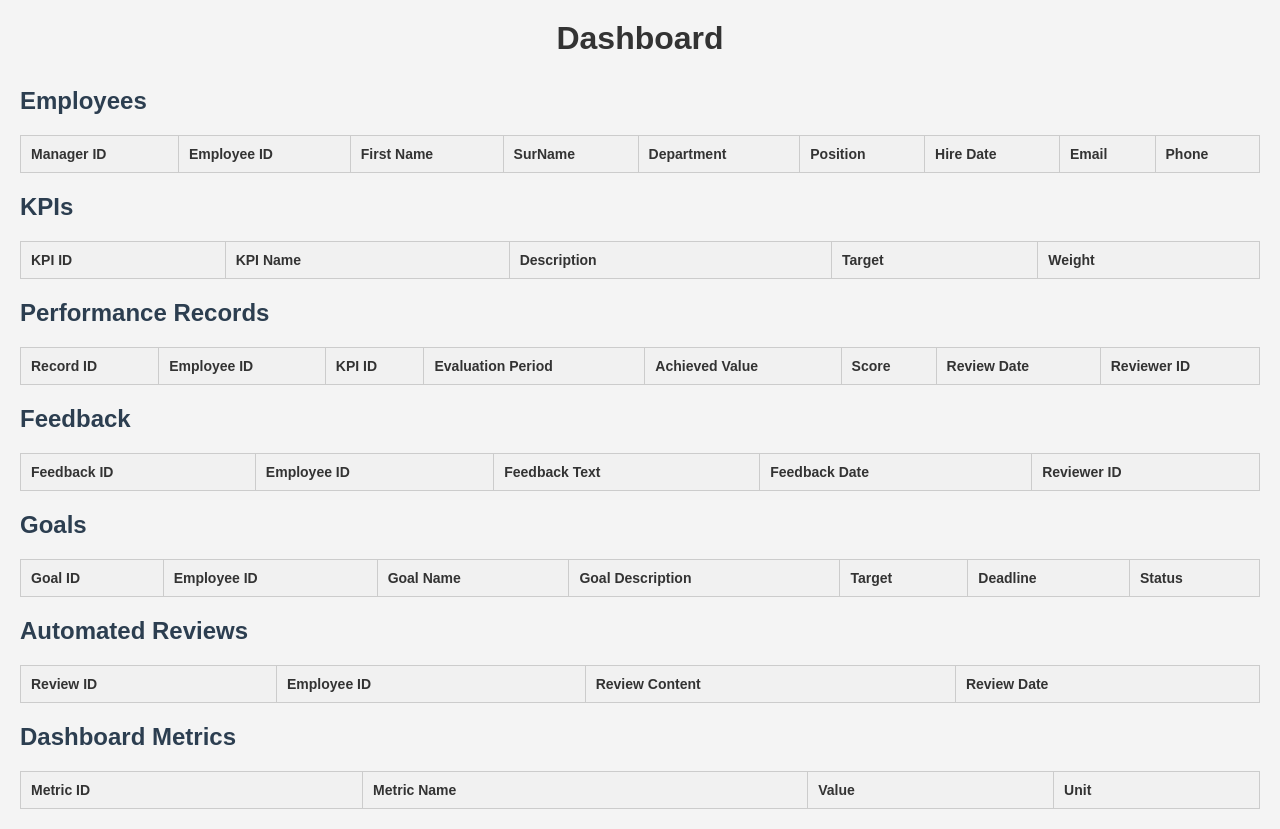
Repository: Wuda2000/Mongodb
Page: http://localhost/dashboard
The author's editor kept a copy of each file at every save. The page is drawn from the files as they stood at one save, then again after the next save.
The browser window is 1280 px wide. The pictures show the whole page.
The page is served by the project's application, run on Flask 3 (app.py). Queries for data that is not in the repository find no rows.

Above is the page before, as saved 2024-11-11 18:42:36.

After the next save:
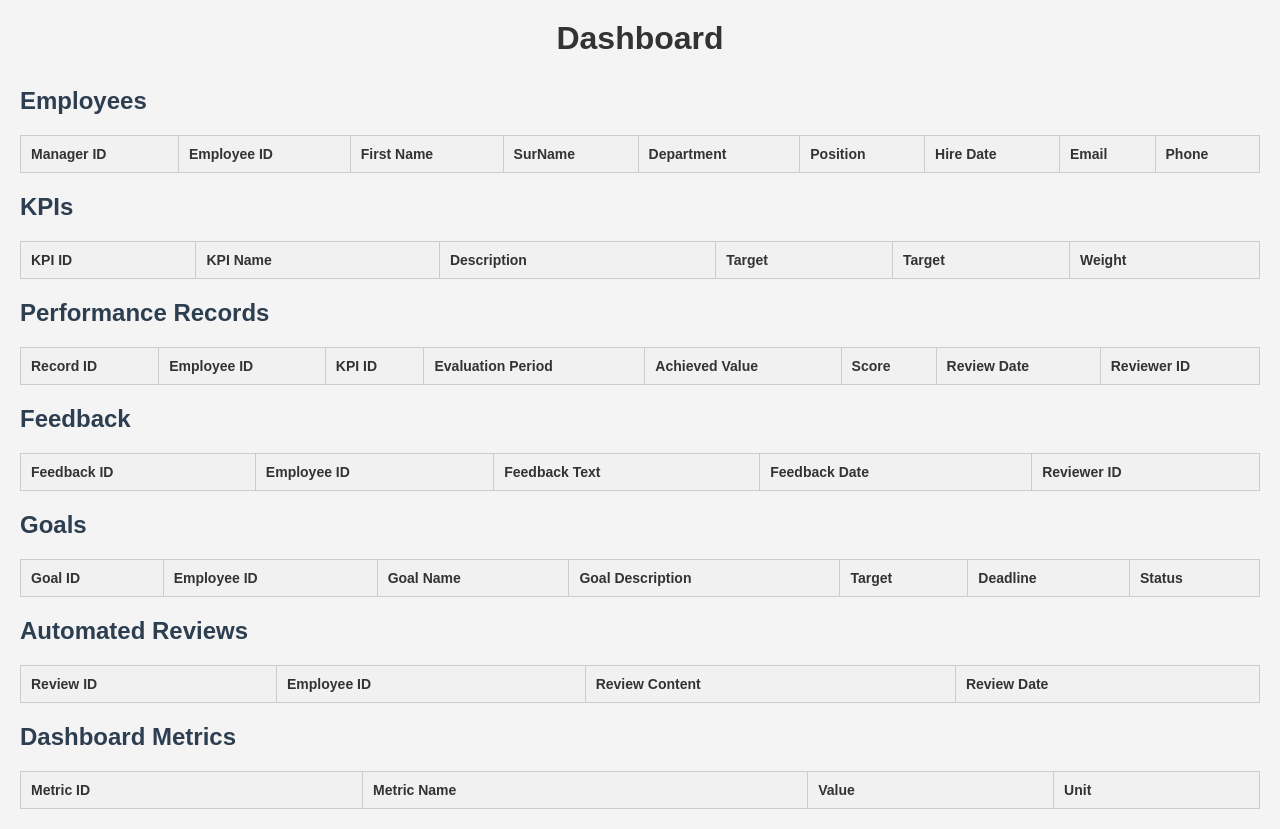
Saved 8 s later.
--- a/templates/dashboard.html
+++ b/templates/dashboard.html
@@ -51,6 +51,7 @@
                 <th>KPI Name</th>
                 <th>Description</th>
                 <th>Target</th>
+                <th>Target</th>
                 <th>Weight</th>
             </tr>
         </thead>
